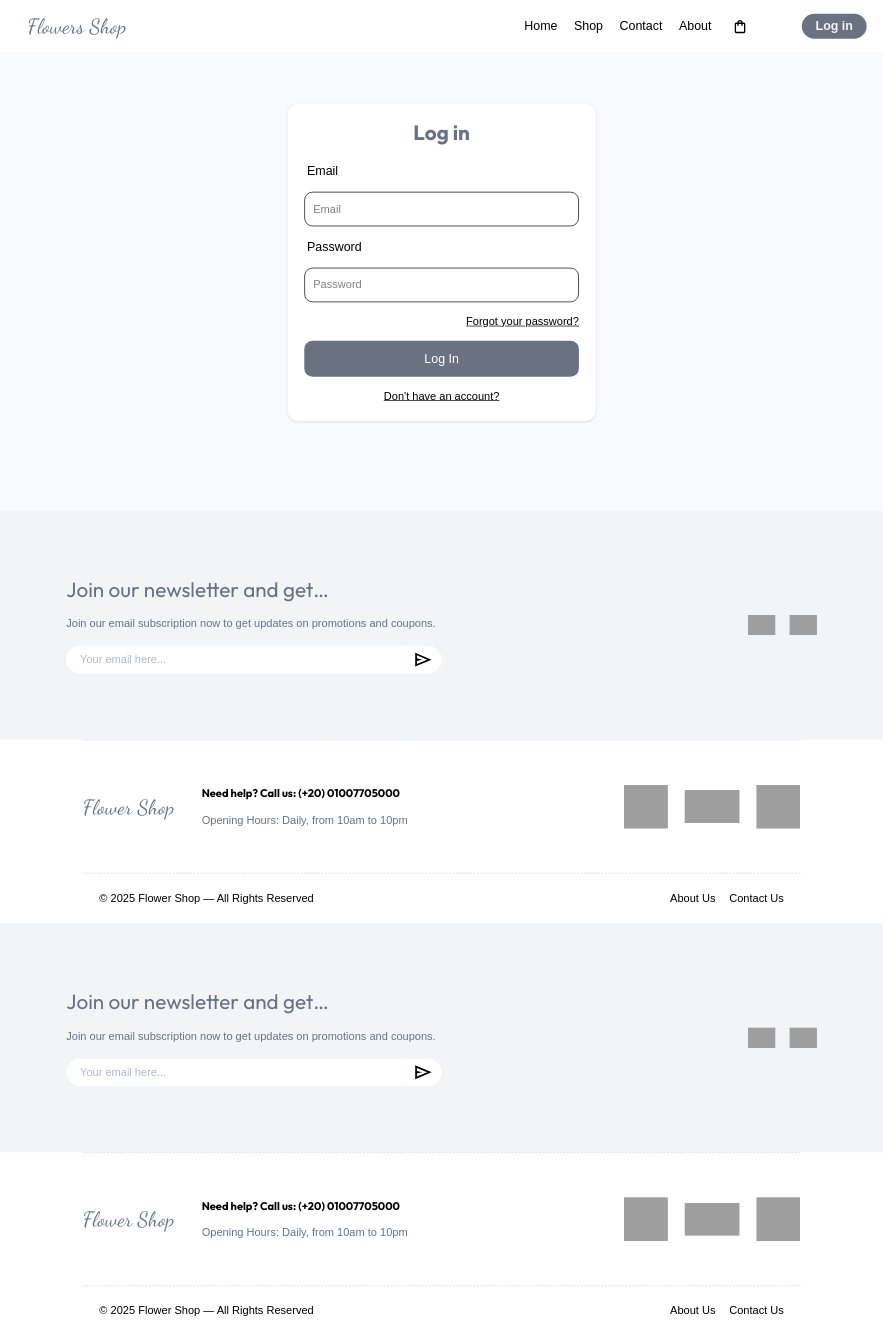
Repository: NotDebugger/flowers-shop
Page: /login
The author's editor kept a copy of each file at every save. The page is drawn from the files as they stood at one save, then again after the next save.
The browser window is 1280 px wide. The pictures show the whole page, at 69% of full size.
Pictures or frames that could not be fetched are drawn as grey boxes. The page's requests for data from a server got no answer. Some web fonts or font styles are not loaded; a fallback is used. The project was rebuilt for these pictures with package versions that can differ from the ones it lists, and the page was loaded fresh each time. No one was signed in, and anything a server would have sent is missing. Also part of the build but not shown: vite.config.js, src/contexts/cartContext.js, src/hooks/useCart.js, src/components/ProductCard.jsx, src/pages/Shop.jsx, src/pages/ProductPage.jsx, src/pages/Cart.jsx, src/components/FeaturedProducts.jsx and 5 more.

Above is the page before, as saved 2026-04-06 15:06:32.

After the next save:
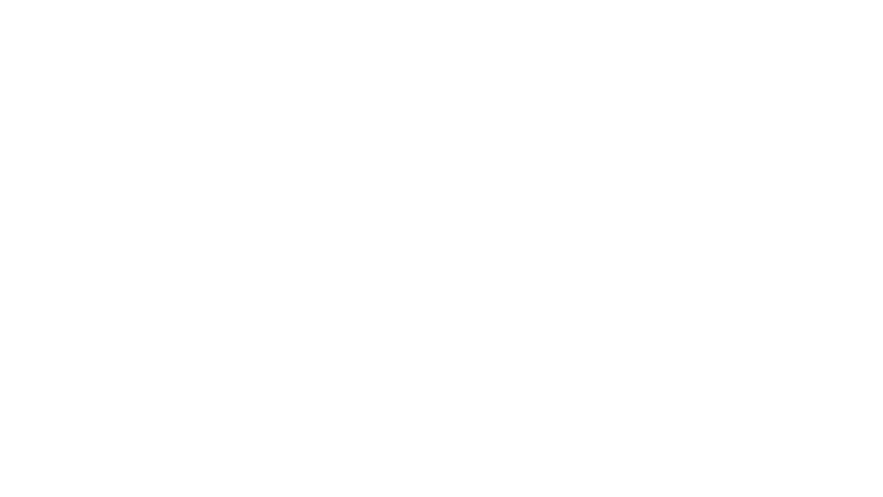
Console error: ReferenceError: Footer is not defined
Saved 12 s later.
--- a/src/pages/Login.jsx
+++ b/src/pages/Login.jsx
@@ -1,6 +1,5 @@
 import { useState } from "react";
 import { Link, useNavigate } from "react-router-dom";
-import Footer from "../components/Footer";
 
 export default function Login() {
   const navigate = useNavigate();

After the save that followed:
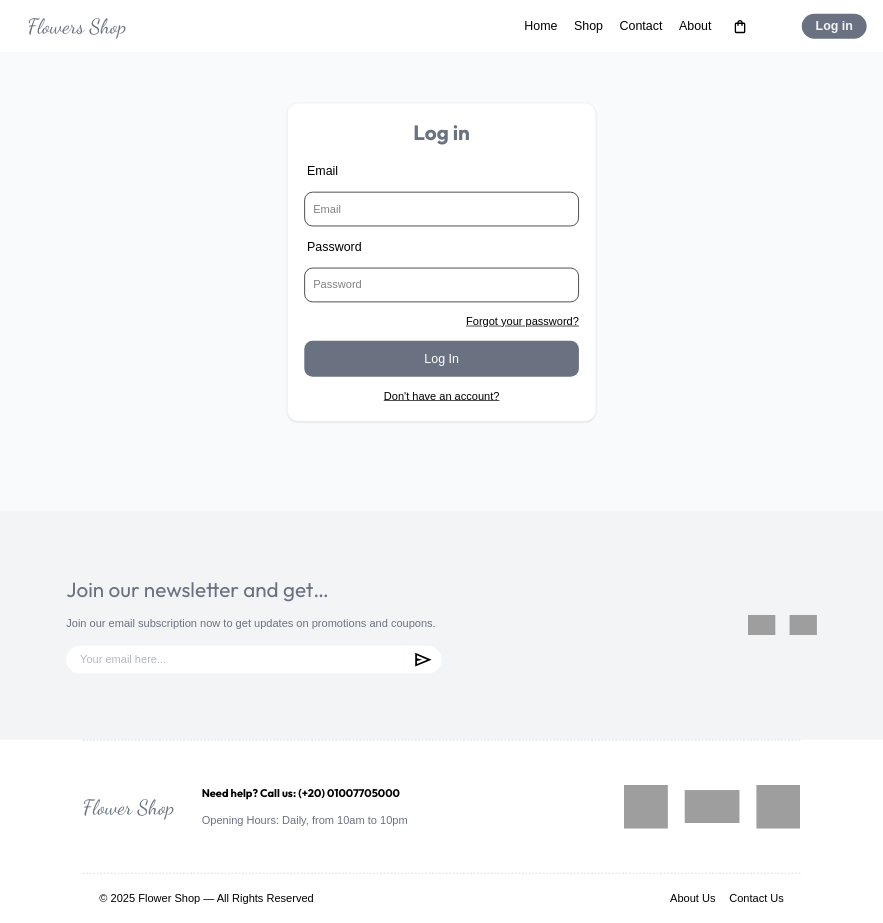
The error is gone.
Saved 15 s later.
--- a/src/pages/Login.jsx
+++ b/src/pages/Login.jsx
@@ -85,8 +85,6 @@
           </form>
         </div>
       </div>
-
-      <Footer />
     </>
   );
 }
